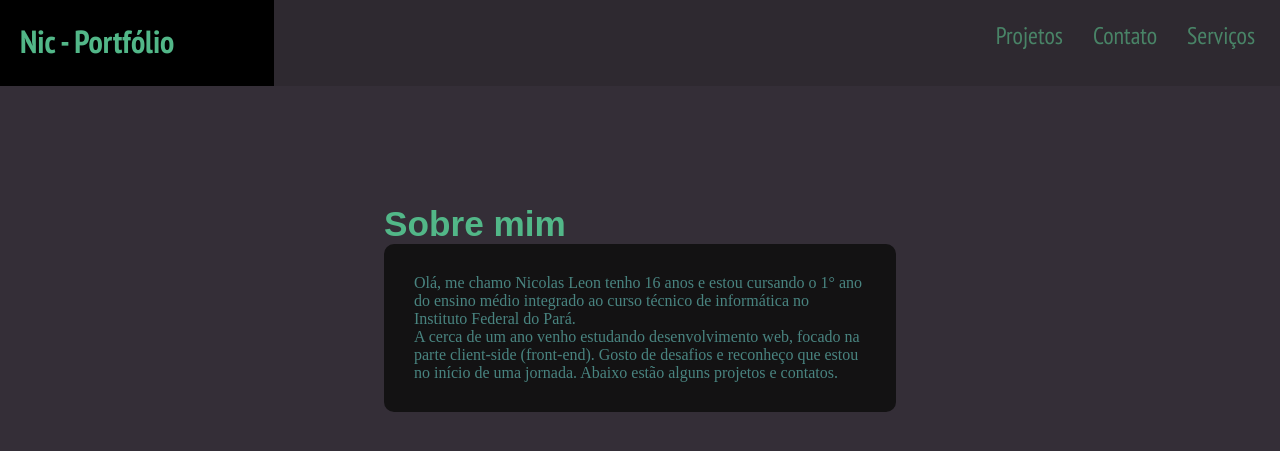
Repository: Leonngc/portfolio
Page: index.html
The author's editor kept a copy of each file at every save. The page is drawn from the files as they stood at one save, then again after the next save.
The browser window is 1280 px wide. The pictures show the whole page.

Above is the page before, as saved 2022-12-02 10:50:55.

### index.html
<!DOCTYPE html>
<html lang="en">

<head>
    <meta charset="UTF-8">
    <meta http-equiv="X-UA-Compatible" content="IE=edge">
    <meta name="viewport" content="width=device-width, initial-scale=1.0">
    <meta name="keywords" content="portfolio, web, dev, website, desenvolvedor">
    <meta name="description" content="Meu portfolio de desenvolvedor web">
    <title>Nic Portfólio</title>
    <link rel="stylesheet" href="home.css">
</head>

<body>
    <header>
        <h1>Nic - Portfólio</h1>
        <nav class="menu">
            <ul>
                <li><a href="">Projetos</a></li>
                <li><a href="">Contato</a></li>
                <li><a href="">Serviços</a></li>
            </ul>
        </nav>
    </header>
    <section>
        <span>
            <img src="" alt="">
        </span>
    </section>

    <section>
        <h2>Sobre mim</h2>
        <p>Olá, me chamo Nicolas Leon tenho 16 anos e estou cursando o 1° ano do ensino médio integrado ao curso técnico de informática no Instituto Federal do Pará. <br> A cerca de um ano venho estudando desenvolvimento web, focado na parte client-side (front-end). Gosto de desafios e reconheço que estou no início de uma jornada. Abaixo estão alguns projetos e contatos.</p>
    </section>


</body>

</html>

### home.css
@import url('https://fonts.googleapis.com/css2?family=PT+Sans+Narrow:wght@400;700&display=swap');

@import url('https://fonts.googleapis.com/css2?family=Ubuntu+Condensed&display=swap');

:root{
    --background:#342E37;
    --letters: #52B788;
    --font-texts: font-family: 'Ubuntu Condensed', sans-serif;
}
*{
    margin: 0;
    padding: 0;
}
body{
    background-color: var(--background);
    color: var(--letters);
}

header{
    display: flex;
    flex-wrap: wrap;
    justify-content: space-between;
    background-color: #2e2930;
    height: 12vh;
}

header > h1{
    font-family:'PT Sans Narrow', sans-serif;
    margin-left: 0px;
    padding: 20px;
    padding-right: 100px;
    background-color: black;
}

 ul {
    display: flex;
    flex-wrap: wrap;
}

ul > li{
    list-style: none;
    margin: 10px;
}

li > a{
    text-decoration: none;
    color: var(--letters);
    font-family: 'PT Sans Narrow', sans-serif;
    font-size: 1.5em;
    color: #498467;
    padding: 5px;
}

.menu{
    margin-top: 10px;
    margin-right: 10px;
}

li > a:hover{
    text-decoration: underline;
    color: #498480;
}

section{
    width: 40%;
    margin: 0px auto;
    margin-top: 50px;
}

section > h2{
    font-family: sans-serif;
    font-size: 2.2em;
}

section > p{
    border-radius: 10px;
    padding: 30px;
    background-color: #131213;
    color: #498480;
}

After the next save:
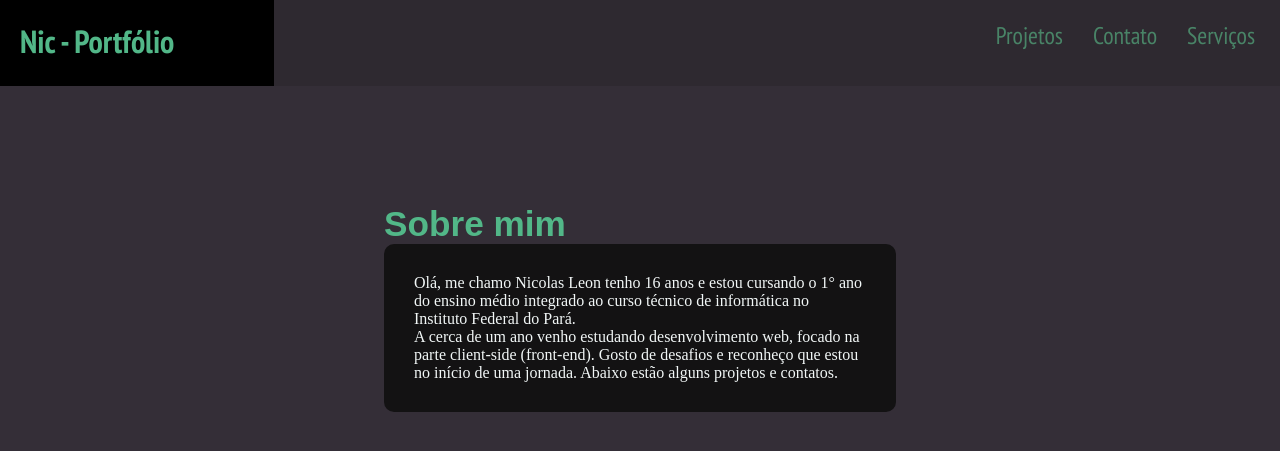
Saved 7 s later.
--- a/home.css
+++ b/home.css
@@ -76,5 +76,5 @@
     border-radius: 10px;
     padding: 30px;
     background-color: #131213;
-    color: #498480;
+    color: #f2f7f7;
 }
